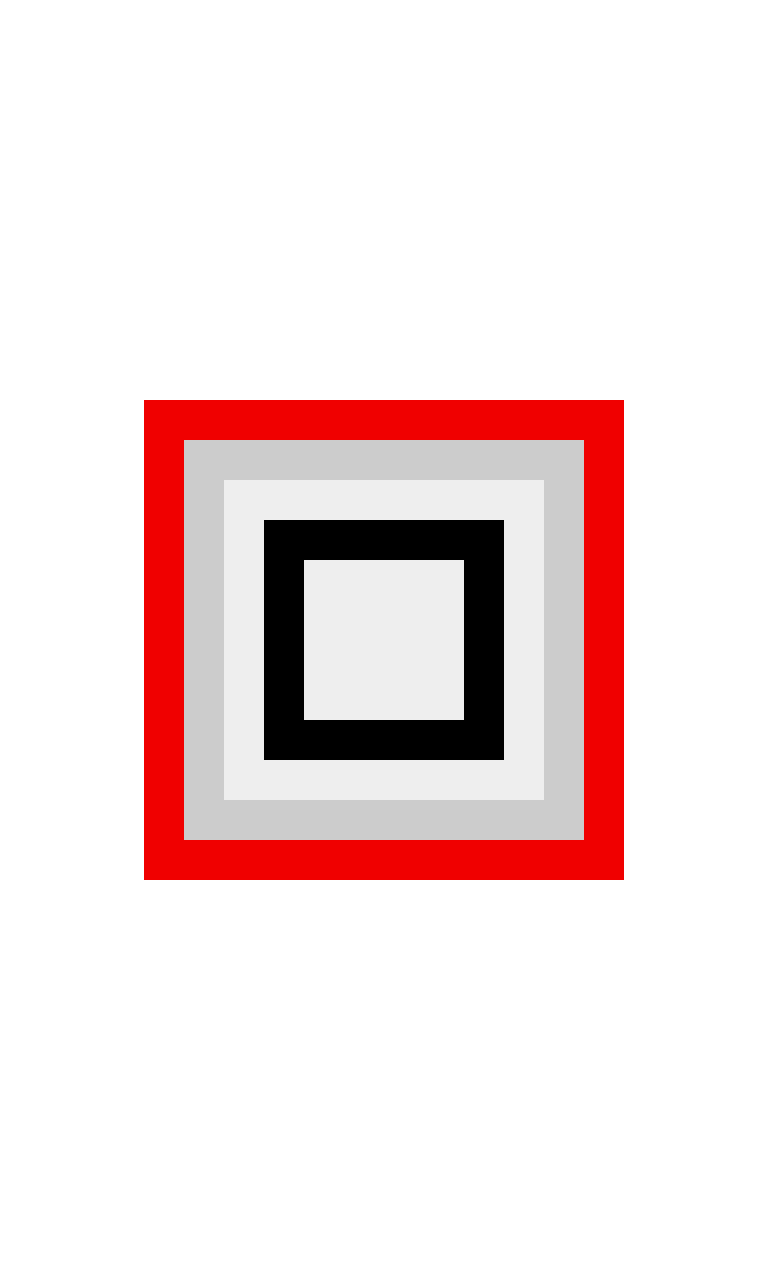
Repository: qwer2714856/Android_learn
Layout: frameLayout/res/layout/activity_main.xml
An editor plug-in stored every save of this project. The layout is shown before and after the next save, followed by the edit.
It is drawn on a 768 x 1280 px phone screen (xhdpi) without system bars, with theme AppTheme; the app's code is not run.

Above is the layout before, as saved 2015-09-30 06:12:15.

After the next save:
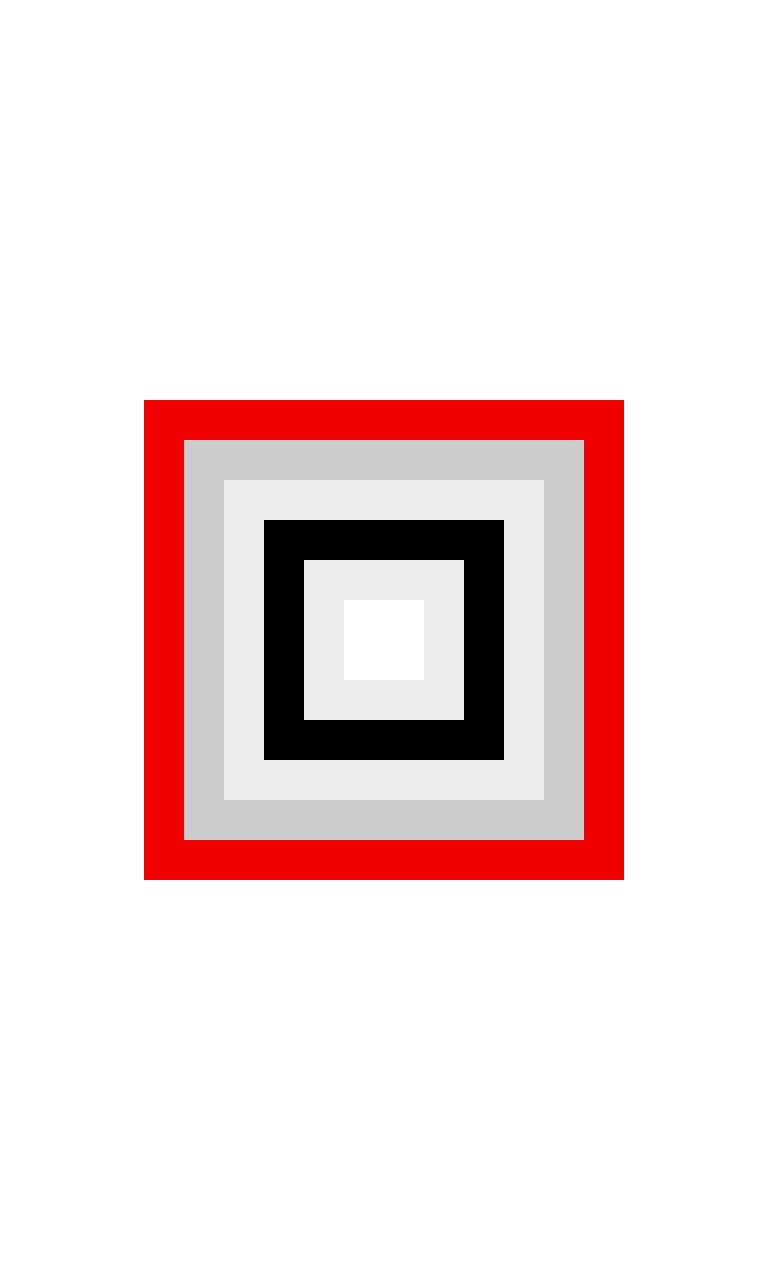
Saved 19 s later.
--- a/frameLayout/res/layout/activity_main.xml
+++ b/frameLayout/res/layout/activity_main.xml
@@ -34,4 +34,11 @@
         android:background="#eeeeee"
         android:layout_gravity="center"
         />
+
+	<TextView
+        android:layout_width="40dp"
+        android:layout_height="40dp"
+        android:background="#ffffff"
+        android:layout_gravity="center"
+        />
 </FrameLayout>
